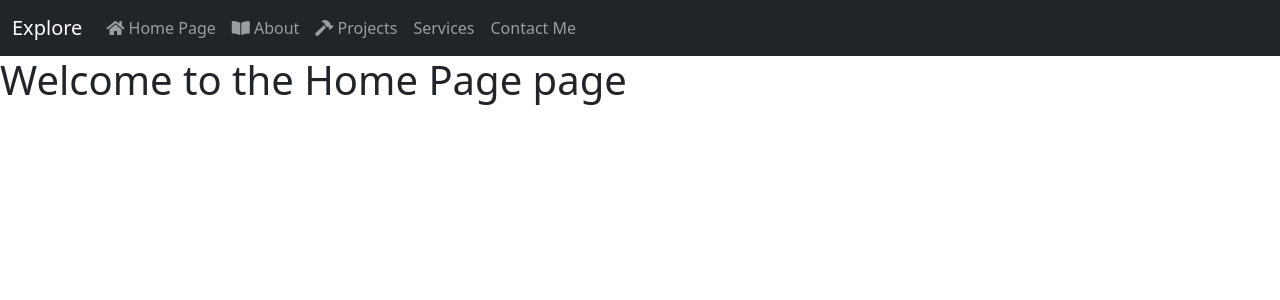
Repository: Survey-Wizard/SurveyWizard
Page: http://localhost/
The author's editor kept a copy of each file at every save. The page is drawn from the files as they stood at one save, then again after the next save.
The browser window is 1280 px wide. The pictures show the whole page.
The page is served by the project's Node server (server.js).

Above is the page before, as saved 2021-05-30 10:02:56.

After the next save:
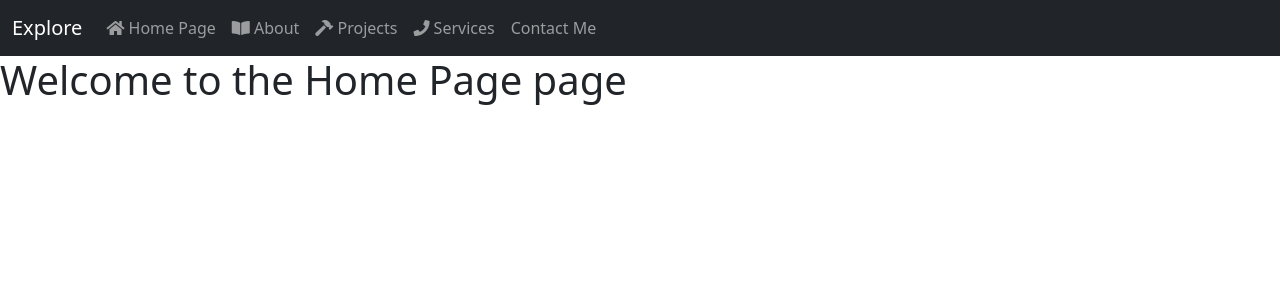
Saved 28 s later.
--- a/views/index.ejs
+++ b/views/index.ejs
@@ -36,7 +36,7 @@
           </li>
 
           <li class="nav-item active">
-            <a class="nav-link"  href="/services">Services</a>
+            <a class="nav-link"  href="/services"><i class="fas fa-phone"></i> Services</a>
           </li>
 
           <li class="nav-item active">
